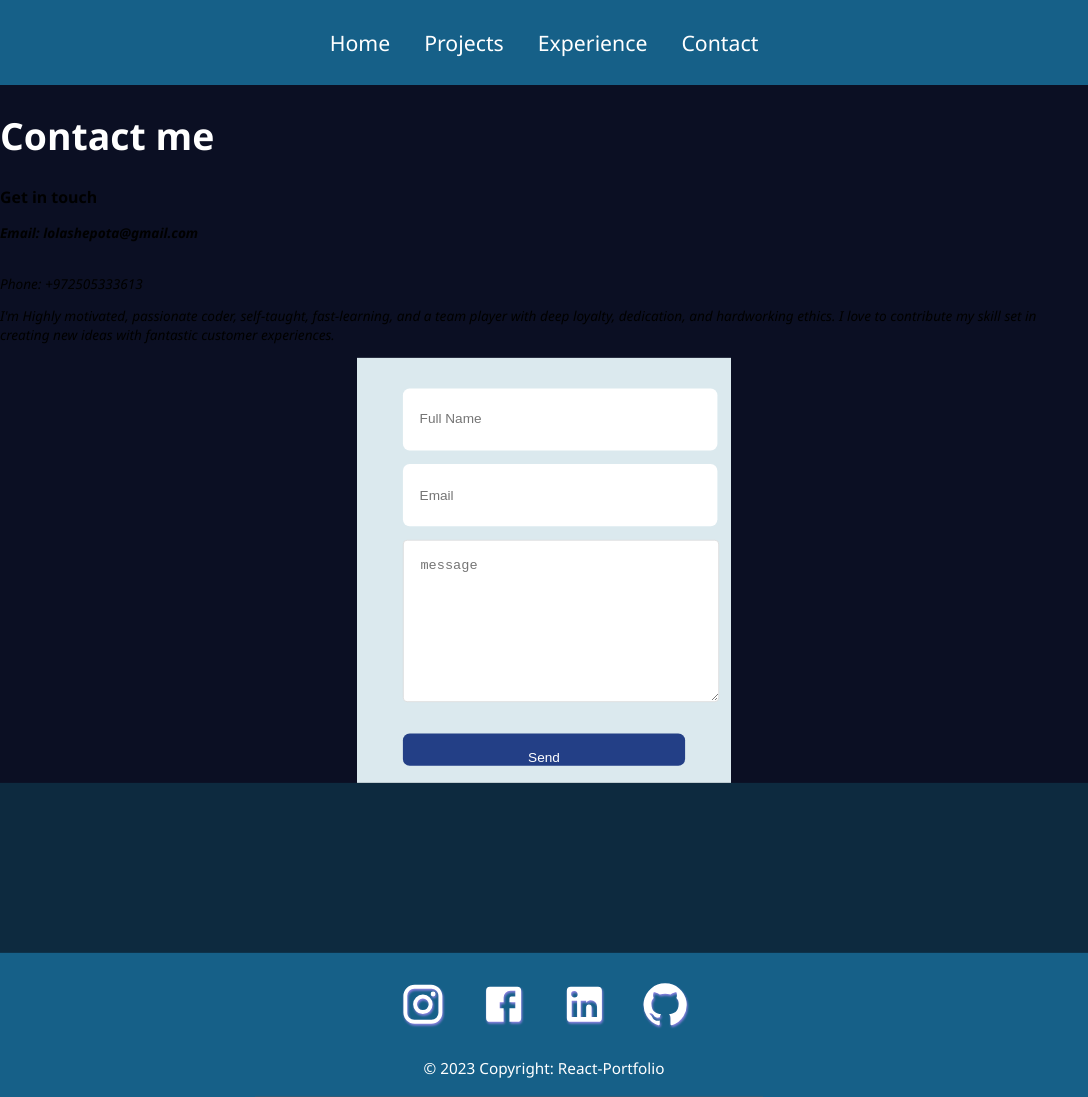
Repository: LolaSL/react-portfolio
Page: /contact
An editor plug-in stored every save of this project. The page is shown before and after the next save, followed by the edit.
The browser window is 1280 px wide. The pictures show the whole page, at 85% of full size.
The project was rebuilt for these pictures with package versions that can differ from the ones it lists, and the page was loaded fresh each time. Some packages were replaced by stand-ins written for this rebuild. Also part of the build but not shown: src/pages/Home/Style.css, src/pages/Home/Home.jsx, src/components/ProjectItem/Style.css, src/components/ProjectItem/ProjectItem.jsx, src/helpers/ProjectList.js, src/pages/Projects/Style.css, src/pages/Projects/Projects.jsx, src/pages/Experience/Style.css and 2 more.

Above is the page before, as saved 2023-09-27 17:59:33.

### src/App.js
import './App.css';
import { BrowserRouter as Router, Routes, Route } from 'react-router-dom';
import Home from './pages/Home/Home.jsx';
import Projects from './pages/Projects/Projects.jsx';
import Experience from './pages/Experience/Experience.jsx';
import Navbar from "./components/Navbar/Navbar.jsx";
import Footer from './components/Footer/Footer.jsx';
import ProjectDetail from './pages/ProjectDetail/ProjectDetail';
import Contact from './pages/Contact/Contact';


function App() {
  return (
    <div className="App">
      <Router>
      <Navbar />
        <Routes>
          <Route path="/" element={<Home />} />
          <Route path="/projects" element={<Projects />} />
          <Route path="/project/:id" element={<ProjectDetail />} />
          <Route path="/experience" element={<Experience />} />
          <Route path="/contact" element ={<Contact/>}/>
        </Routes>
        <Footer />
      </Router>
    </div>
  );
}

export default App;

### src/App.css
.App {
  width: 100%;
  height: auto;
  display: flex;
  flex-direction: column;
  font-family:'Segoe UI', Tahoma, Geneva, Verdana, sans-serif;
  background-color: #0d2a3f;
}

body {
  margin: 0;
  padding: 0;
}

### src/components/Navbar/Navbar.jsx
import React, { useEffect, useState } from "react";
import { Link, useLocation } from "react-router-dom";
import DehazeIcon from "@mui/icons-material/Dehaze";
import "./Style.css";

const Navbar = () => {
  const [expandNavbar, setExpandNavbar] = useState(false);
  const location = useLocation();
  useEffect(() => {
    setExpandNavbar(false);
  }, [location]);
  return (
    <div className="navbar" id={expandNavbar ? "open" : "close"}>
      <div className="toggleButton">
        <button
          onClick={() => {
            setExpandNavbar((prev) => !prev);
          }}
        >
          <DehazeIcon />
        </button>
      </div>
      <div className="links">
        <Link to="/"> Home </Link>
        <Link to="/projects"> Projects </Link>
        <Link to="/experience"> Experience </Link>
        <Link to="/contact"> Contact </Link>
      </div>
    </div>
  );
};

export default Navbar;

### src/components/Footer/Footer.jsx
import React from "react";
import { Link } from "react-router-dom";
import InstagramIcon from "@mui/icons-material/Instagram";
import FacebookIcon from "@mui/icons-material/Facebook";
import LinkedInIcon from "@mui/icons-material/LinkedIn";
import GitHubIcon from "@mui/icons-material/GitHub";
import "./Style.css";

const Footer = () => {
  return (
    <div className="footer">
      <div className="socialMedia">
        <Link to="https://www.instagram.com">
          <InstagramIcon />
        </Link>
        <Link to="https://www.facebook.com">
          <FacebookIcon />
        </Link>
        <Link to="https://www.linkedin.com/in/lola-s-2aba6340-lo">
          <LinkedInIcon />
        </Link>
        <Link to="https://github.com">
          <GitHubIcon />
        </Link>
      </div>
      <div className="copyright">
        <p>&copy; {new Date().getFullYear()} Copyright: React-Portfolio</p>
      </div>
    </div>
  );
};

export default Footer;

### src/pages/Contact/Contact.jsx
import React, { useRef } from "react";
import emailjs from "@emailjs/browser";
import { Container, Row, Col } from "react-bootstrap";
import { contactConfig } from "./contactConfig";
import "./Style.css";

const ContactForm = () => {
  const form = useRef();

  const sendEmail = (e) => {
    e.preventDefault();

    emailjs.sendForm("MY_SERVICE", "MY-TEMPLATE", form.current, "MY-KEY").then(
      (result) => {
        console.log(result.text);
        console.log("message sent");
      },
      (error) => {
        console.log(error.text);
      }
    );
  };
  return (
    <Container>
      <Row>
        <Col>
          {" "}
          <h1 classname="display-4 mb-4">Contact me</h1>
        </Col>
      </Row>
      <Row className="sec-sp">
        <Col lg="5" classname="mb-5">
          <h3 className="color_sec py-4">Get in touch</h3>
          <address>
            <strong>Email: lolashepota@gmail.com</strong>
            <br />
            <br />
            <p>Phone: +972505333613</p>
            <p>{contactConfig.description}</p>
          </address>
        </Col>
        <Col lg="7" className="d-flex align-items-center">
          <form ref={form} onSubmit={sendEmail} className="contact-form w-100">
            <Row className="mb-4">
              <Col lg="6" className="form-group">
                <input
                  type="text"
                  id="user_name"
                  name="user_name"
                  className="form-control "
                  placeholder="Full Name"
                />
              </Col>
              <Col lg="6" className="form-group">
                <input
                  type="email"
                  id="user_email"
                  name="user_email"
                  className="form-control"
                  placeholder="Email"
                />
              </Col>
              <textarea
                name="message"
                id="message"
                className="form-control rounded-0"
                placeholder="message"
              />
              <input type="submit" value="Send" disabled={true} />
            </Row>
          </form>
        </Col>
      </Row>
    </Container>
  );
};

export default ContactForm;

### src/components/Navbar/Style.css
.navbar {
  width: 100%;
  height: 100px;
  background: #166088;
}

.links {
  width: 100%;
  height: 100%;
  display: flex;
  align-items: center;
  justify-content: center;
  color: white;
}

.navbar a {
  color: white;
  text-decoration: none;
  margin: 20px;
  font-size: 25px;
}

.toggleButton {
  width: 100%;
  height: 100px;
  display: flex;
  align-items: center;
  justify-content: flex-end;
}

.toggleButton svg {
  font-size: 50px;
}
.toggleButton button {
  margin-right: 20px;
  padding: 8px;
  background-color: transparent;
  border: none;
  color: white;
  cursor: pointer;
}

#open {
  height: 100vh;
}

#open .links {
  flex-direction: column;
  justify-content: flex-start;
  margin-top: 100px;
}

#open a {
  width: 100%;
  text-align: center;
}

@media only screen and (max-width: 900px) {
  .navbar a {
    width: 600px;
  }
}

@media only screen and (max-width: 600px) {
  .toggleButton {
    display: flex;
  }
  #close a {
    display: none;
  }
}

@media only screen and (min-width: 600px) {
  .toggleButton {
    display: none;
  }

  .hiddenLinks {
    display: none;
  }

  #open {
    height: 100px;
  }

  #open .links {
    flex-direction: row;
  }
}

### src/components/Footer/Style.css
.footer {
    width: 100%;
    height: 155px;
    background: #166088;
    display: flex;
    justify-content: center;
    align-items: center;
    flex-direction: column;
    padding-top: 10px;
    margin-top: 200px;
    position: related;
    bottom: 0;
    left: 0;
    right: 0;
  }
  .footer{
    height: 22vh;
  }
  .socialMedia svg{
    color: white;
    margin: 20px;
    font-size: 55px;
    cursor: pointer;
    margin-bottom: 10px;
  }
  .socialMedia svg:hover{
    color: #e76972;
    margin: 20px;
    font-size: 55px;
    cursor: pointer;
    margin-bottom: 10px;
    background-color: transparent;
    transition: all ease 0.3s;
    border: none;
    text-shadow: 0 0 0.625em #d83535;
  }
.copyright p{
    color: white;
    font-size: 18px;
  }

  @media only screen and (max-width: 600px) {
    .footer svg {
      font-size: 50px;
    }
    .copyright p{
      font-size: 16px;
    }
  }

### src/pages/ProjectDetail/Style.css
.project {
  width: 100%;
    height: auto;
    display: flex;
    justify-content: center;
    align-items: center;
    flex-direction: column;
    color: #3e497a;
}

.project  h1 {
  text-align: center;
  color: #3e497a;
  font-size:50px;
  font-weight: bolder;
  margin-top: 30px

}
.project img {
  max-width: 700px;
  border-radius: 10px;
  margin-bottom: 40px;
}

.project h3 {
  font-size: 1.7rem;
  color: #3e497a;
  padding: 50px;
  text-align: justify;
}
a {
  text-decoration: none;
  color: rgb(11, 37, 185);
  font-weight: normal;
  font-size: 24px;
}
a:hover {
  text-decoration: none;
   color: #e76972;
  font-weight: bold;
  transition: all ease 0.3s;
  font-size: 24px;
  cursor: pointer;
  text-shadow: 0 0 0.625em #d83535;
}
.project svg {
  font-size: 60px;
  color: #3e497a;
}
.project svg:hover {
  color: #2d2d84;
  cursor: pointer;
}
svg {
  filter: drop-shadow(1px 2px 1px rgb(144, 130, 227));
}
@media only screen and (max-width: 1300px) {
  .project img {
    max-width: 500px;
    border-radius: 8px;
  }
  .project h1 {
    font-size: 1.8rem;
  }
  .project h3 {
    font-size: 1.4rem;
  }
}

@media only screen and (max-width: 800px) {
  .project img {
    max-width: 374px;
    border-radius: 6px;
  }
  .project h1 {
    font-size:37px;
    text-align: center;
    color: #3e497a;
  }
  .project h3 {
    font-size: 1.3rem;
  }

}

### src/pages/Contact/contactConfig.js
// const contactConfig = {
//     description: "I'm Highly motivated, passionate coder, self-taught, fast-learning, and a team player with deep loyalty, dedication, and hardworking ethics. I love to contribute my skill set in creating new ideas with fantastic customer experiences."
// }
// export {
//     contactConfig
// }
const logotext = 'Lola Shepota';
const meta = {
    title: 'Lola Shepota',
    description:
        "I'm Highly motivated, passionate coder, Full-Stact Junior. ",
};

const introdata = {
    title: 'I’m John Doe',
    animated: {
        first: 'I love coding',
        second: "I'm creating new ideas with fantastic customer experiences",
        third: 'A team player with deep loyalty',
    },
    description:
        "I'm self-taught, fast-learning, and  dedication, and hardworking ethics. I love contributing my skills to code websites.",
    your_img_url: 'https://avatars.githubusercontent.com/u/67796082?v=4',
};

const dataabout = {
    title: 'About my self',
    aboutme:
        'Lorem ipsum dolor sit amet, consectetur adipiscing elit. Praesent quis dolor id ligula semper elementum feugiat pretium nulla. Nunc non commodo dolor. Nunc mollis dignissim facilisis. Morbi ut magna ultricies.',
};
const worktimeline = [
    {
        jobtitle: 'Designer of week',
        where: 'YAdfi',
        date: '2020',
    },
    {
        jobtitle: 'Designer of week',
        where: 'Jamalya',
        date: '2019',
    },
    {
        jobtitle: 'Designer of week',
        where: 'ALquds',
        date: '2019',
    },
];



const services = [
    {
        title: 'UI & UX Design',
        description:
            'Lorem ipsum dolor sit amet, consectetur adipiscing elit. Sed at nisl euismod urna bibendum sollicitudin.',
    },
    {
        title: 'Mobile Apps',
        description:
            'Lorem ipsum dolor sit amet, consectetur adipiscing elit. Sed at nisl euismod urna bibendum sollicitudin.',
    },
    {
        title: 'Wordpress Design',
        description:
            'Lorem ipsum dolor sit amet, consectetur adipiscing elit. Sed at nisl euismod urna bibendum sollicitudin.',
    },
];

const contactConfig = {
    YOUR_EMAIL: 'lolashepota@gmail.com',
    YOUR_FONE: '(555)123-4567',
    description:
        "I'm Highly motivated, passionate coder, self-taught, fast-learning, and a team player with deep loyalty, dedication, and hardworking ethics. I love to contribute my skill set in creating new ideas with fantastic customer experiences.",
    YOUR_SERVICE_ID: 'service_id',
    YOUR_TEMPLATE_ID: 'template_id',
    YOUR_USER_ID: 'user_id',
};


export {
    meta,
    dataabout,
    worktimeline,
    services,
    introdata,
    contactConfig,
    logotext,
};

### src/pages/Contact/Style.css
.container {
  background-color:#0b0f23
}
.contact-form {
  max-width: 400px;
  margin: 0 auto;
  padding: 20px;
  background-color: #dbe9ee;
  display: flex;
  flex-direction: column;
  align-items: center;
  color: #1e3183;
  font-size: 18px;
  font-weight: 600;


}
h1{
  font-size: 44px;
 color: white;


}
  input {
    width: 100%;
    height: 35px;
    padding: 9px;
    outline: none;
    border-radius: 5px;
    border: 1px solid rgb(220, 220, 220);

    &:focus {
      border: 2px solid rgba(0, 206, 158, 1);
    }
  }
  input,
  textarea {
    width: 100%;
    font-size: 1rem;
    padding: 1.2rem;
    color: grey;
    background-color: dark;
    outline: none;
    border: none;
    border-radius: 8px;
    margin-top: 1rem;
  }
  textarea {
   width: 100%;
    max-height: 100px;
    border-radius: 8px;
    padding: 1.2rem;
    outline: none;
    border-radius: 5px;
    border: 1px solid rgb(220, 220, 220);
    min-height:150px;
    resize: vertical;
    &:focus {
      border: 2px solid rgba(0, 206, 158, 1);
    }
  }

  input[type="submit"] {
    margin-top: 2rem;
    cursor: pointer;
    background: #233f86;
    color: white;
    border: none;
    width: 100%;
  }
  input:hover[type="submit"] {
    margin-top: 2rem;
    cursor: pointer;
    background: #e76972;
    color: white;
    border: none;
  }

/*
  .form-group {
    width: 100%;
    margin-bottom: 2rem;
  }
  label {
    font-size: 1.8rem;
  }
  input,
  textarea {
    width: 100%;
    font-size: 2rem;
    padding: 1.2rem;
    color: var(--gray-1);
    background-color: var(--deep-dark);
    outline: none;
    border: none;
    border-radius: 8px;
    margin-top: 1rem;
  }
  textarea {
    min-height: 250px;
    resize: vertical;
  }
  button[type='submit'] {
    background-color: var(--gray-1);
    color: var(--black);
    font-size: 2rem;
    display: inline-block;
    outline: none;
    border: none;
    padding: 1rem 4rem;
    border-radius: 8px;
    cursor: pointer;
  } */

Loaded but not shown: public/index.html (common file); src/index.js (common file); src/reportWebVitals.js (common file)

After the next save:
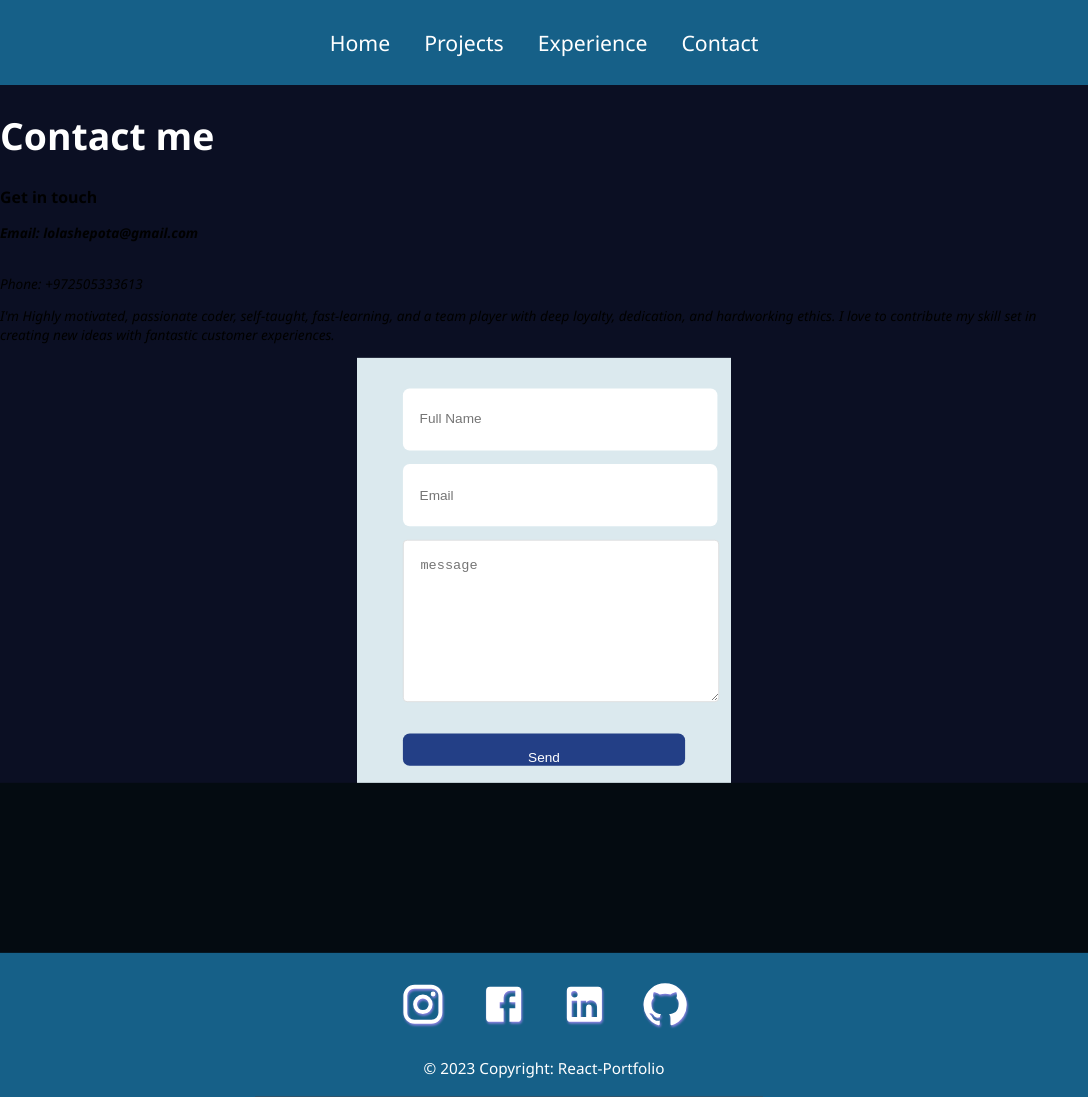
Saved 29 s later.
--- a/src/App.css
+++ b/src/App.css
@@ -4,7 +4,7 @@
   display: flex;
   flex-direction: column;
   font-family:'Segoe UI', Tahoma, Geneva, Verdana, sans-serif;
-  background-color: #0d2a3f;
+  background-color: #040b11;
 }
 
 body {
